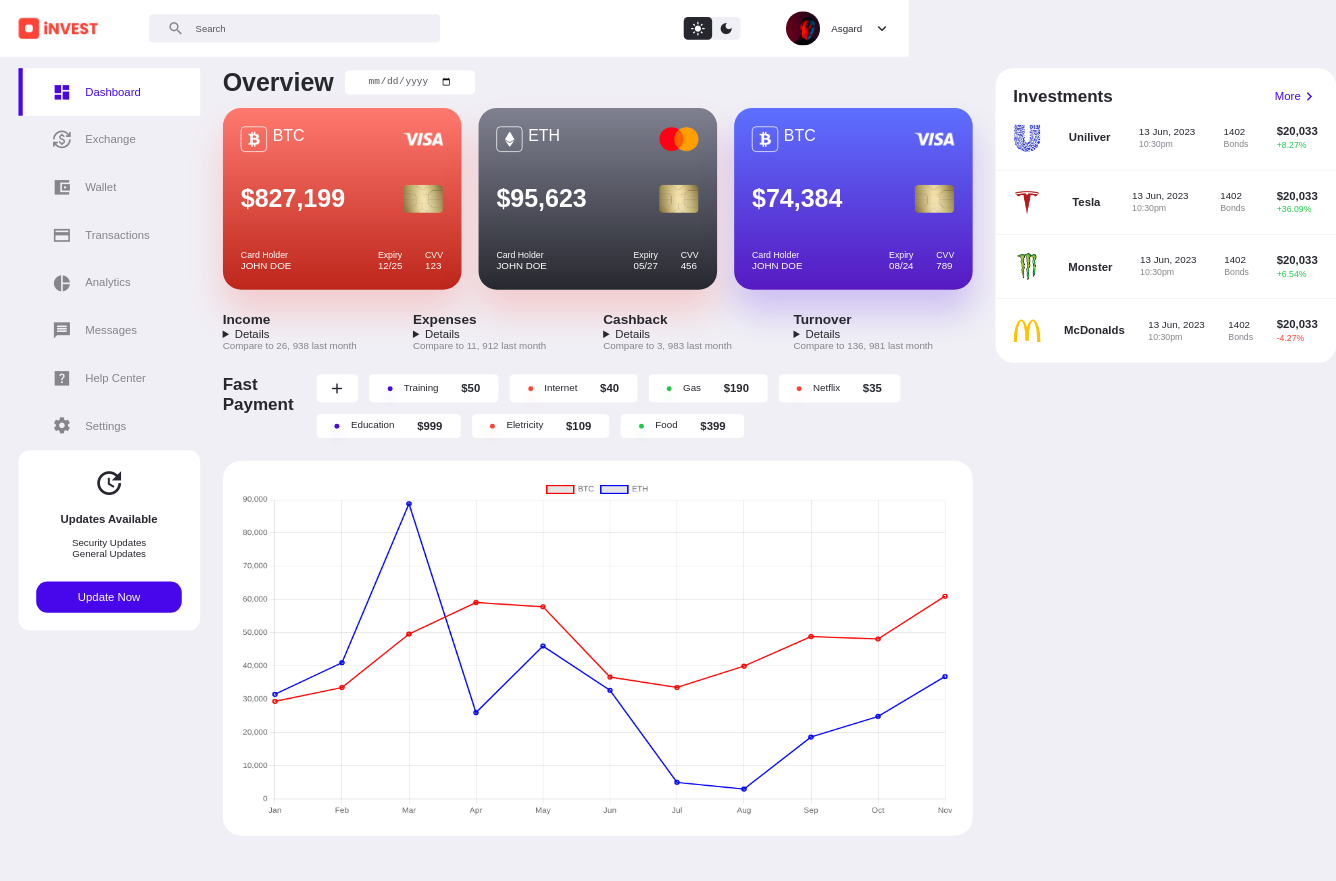
Repository: eziocdl/Admin_Dash
Page: index.html
These files come from the project's save history. The page is drawn as it stood at one moment and after the next save; the edit follows.
The browser window is 1280 px wide. The page is 1882 px wide, so the pictures cover 1882 px, including what lies to the right of the window. The pictures show the whole page, at 71% of full size.
Some web libraries are served in a nearby version.

Above is the page before, as saved 2023-06-15 09:16:46.

After the next save:
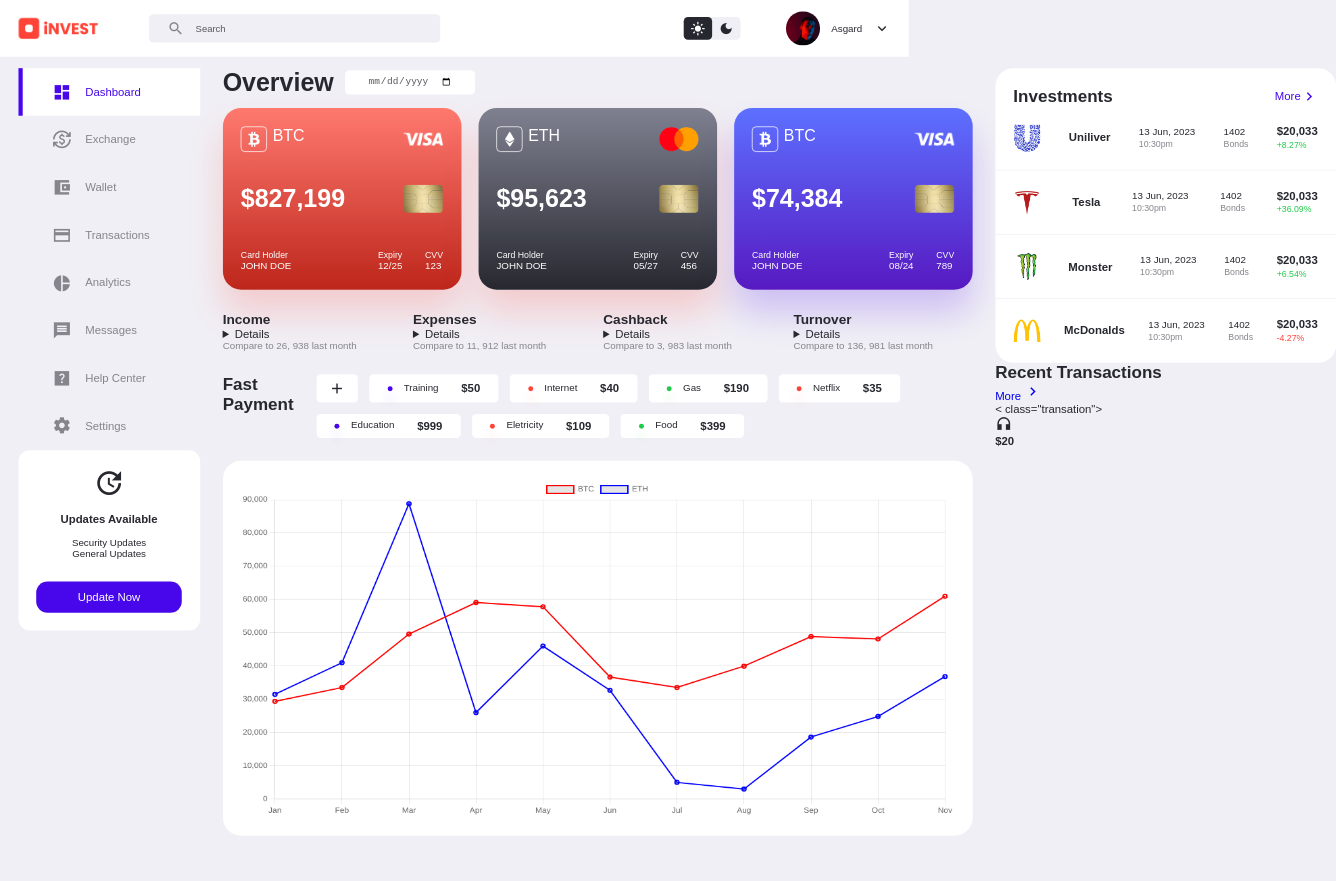
Saved 45 min 33 s later.
--- a/index.html
+++ b/index.html
@@ -414,10 +414,27 @@
                               <small class="danger">-4.27%</small>
                         </div>
                     </div>
-                    <!--END OF INVESTIMENT-->
+                    <!--END OF INVESTIMENTS-->
                  </div>
             </div>
             <!--END OF INVESTIMENTS-->
+
+            <div class="recent-transations">
+                <div class="header">
+                    <h2>Recent Transactions</h2>
+                    <a href="#">More <span class="material-icons-sharp">chevron_right</span></a>
+                </div>
+
+                < class="transation">
+                    <div class="service">
+                        <div class="icon">
+                            <span class="material-icons-sharp">headphones</span>
+                        </div>
+                    </div>
+                    <div class="card-details"></div>
+                    <h4>$20</h4>
+                </div>
+            </div>
         </section>
          <!--FINAL DO MIDDLE-->
     </main>
